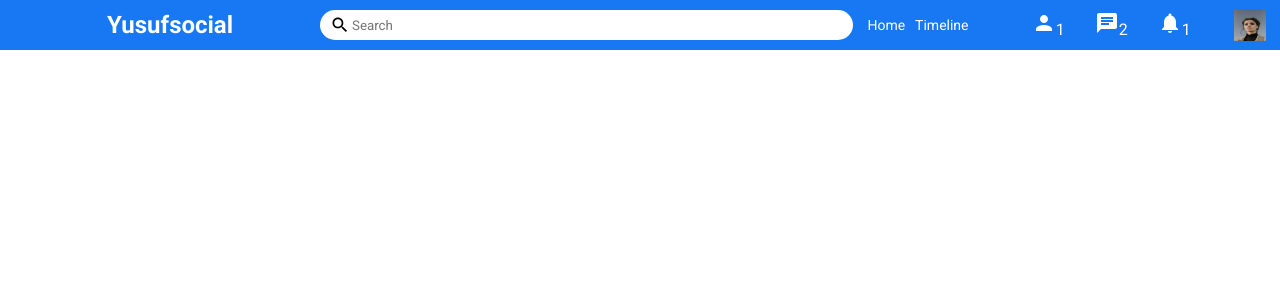
Repository: sevilgenysf/socialmediaapp
Page: /
These files come from the project's save history. The page is drawn as it stood at one moment and after the next save; the edit follows.
The browser window is 1280 px wide. The pictures show the whole page.
The project was rebuilt for these pictures with package versions that can differ from the ones it lists, and the page was loaded fresh each time.

Above is the page before, as saved 2022-02-16 13:29:14.

After the next save:
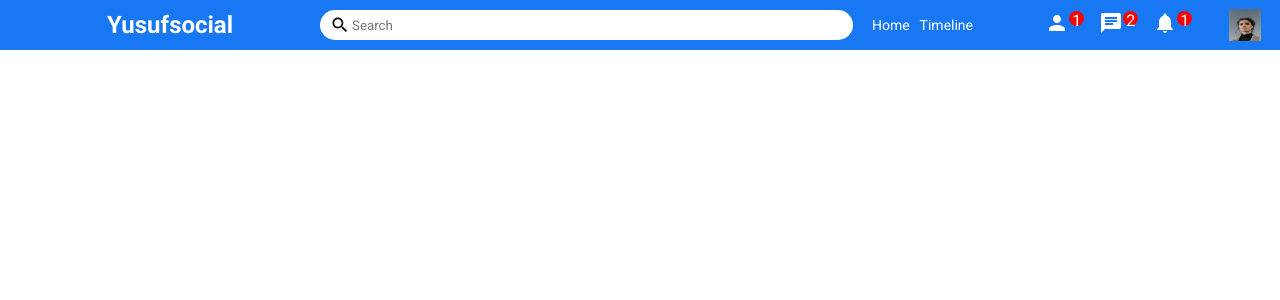
Saved 50 s later.
--- a/src/components/topbar/topbar.css
+++ b/src/components/topbar/topbar.css
@@ -72,6 +72,15 @@
 	position: relative;
 }
 
+.topbarIconBadge {
+	width: 15px;
+	height: 15px;
+	background-color: red;
+	border-radius: 50%;
+	color: #fff;
+	position: absolute;
+}
+
 .topbarImg {
 	width: 32px;
 	height: 32px;
